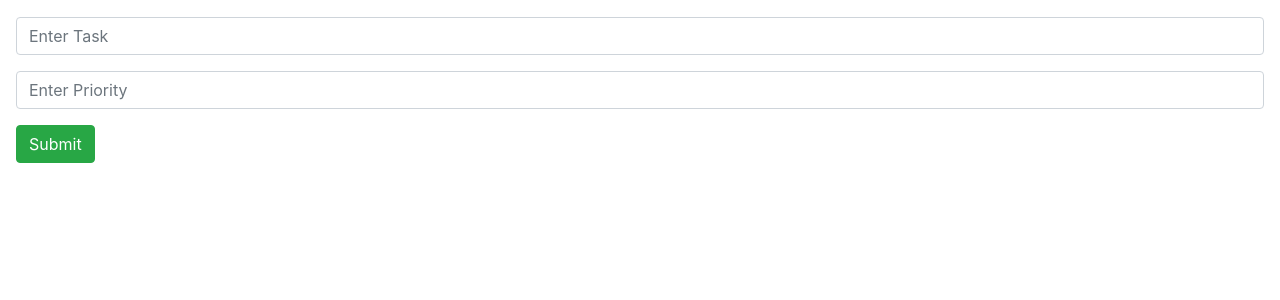
Repository: bitmap357/To-Do-App_Django
Page: http://localhost/add/
These files come from the project's save history. The page is drawn as it stood at one moment and after a run of saves; the edit follows.
The browser window is 1280 px wide. The pictures show the whole page.
The page is served by the project's application, run on Django 5.2 (mysite/manage.py). Other server files are loaded and not shown.

Above is the page before, as saved 2024-03-27 22:38:01.

### mysite/myapp/templates/myapp/add.html
{% extends 'myapp/base.html' %}
{% block body %}

<div class="container">
    <div class="row">
        <div class="col-md-6">

        </div>
    </div>
</div>
<form class="p-3 shadow" method="post">
    {% csrf_token %}
    <div class="form-group">
        <input type="text" class="form-control" name="name" id="name" placeholder="Enter Task">
    </div>
    <div class="form-group">
        <input type="text" class="form-control" name="priority" id="priority" placeholder="Enter Priority">
    </div>
    <input class="btn btn-success" type="submit">
</form>
{% endblock %}

### mysite/myapp/templates/myapp/base.html
<!DOCTYPE html>
<html lang="en">
<head>
    <link rel="stylesheet" href="https://cdn.jsdelivr.net/npm/bootstrap@4.0.0/dist/css/bootstrap.min.css" integrity="sha384-Gn5384xqQ1aoWXA+058RXPxPg6fy4IWvTNh0E263XmFcJlSAwiGgFAW/dAiS6JXm" crossorigin="anonymous">
    <title>Document</title>
</head>
<body>
    {% block body %}

    {% endblock %}
</body>
</html>

### mysite/myapp/views.py
from django.shortcuts import render
from .models import Task

# Create your views here.
def add(request):
    if request.method == "POST":
        name = request.POST.get('name', '')
        priority = request.POST.get('priority', '')

        task = Task(name=name, priority=priority)
        task.save()

    return render(request, 'myapp/add.html')

### mysite/mysite/urls.py
"""
URL configuration for mysite project.

The `urlpatterns` list routes URLs to views. For more information please see:
    https://docs.djangoproject.com/en/5.0/topics/http/urls/
Examples:
Function views
    1. Add an import:  from my_app import views
    2. Add a URL to urlpatterns:  path('', views.home, name='home')
Class-based views
    1. Add an import:  from other_app.views import Home
    2. Add a URL to urlpatterns:  path('', Home.as_view(), name='home')
Including another URLconf
    1. Import the include() function: from django.urls import include, path
    2. Add a URL to urlpatterns:  path('blog/', include('blog.urls'))
"""
from django.contrib import admin
from django.urls import path
from myapp import views

urlpatterns = [
    path("admin/", admin.site.urls),
    path("add/", views.add, name='add'),
]

After the next 2 saves:
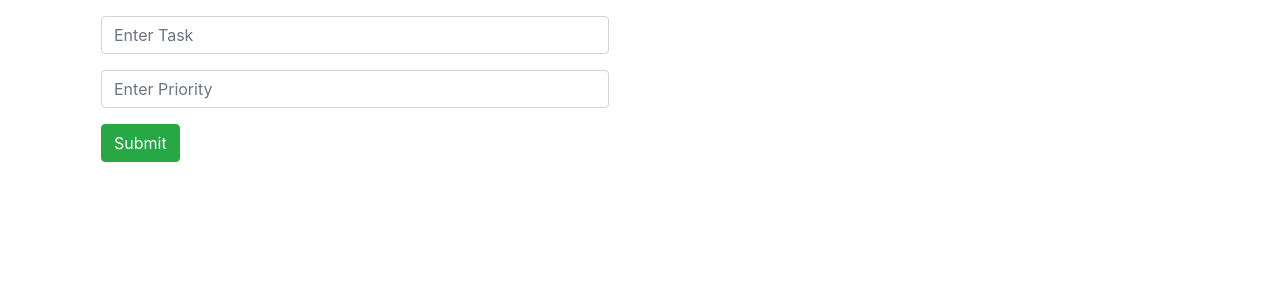
The 2 saves are shown as one change because they came seconds apart.
The last was saved 13 s later.
--- a/mysite/myapp/templates/myapp/add.html
+++ b/mysite/myapp/templates/myapp/add.html
@@ -4,18 +4,18 @@
 <div class="container">
     <div class="row">
         <div class="col-md-6">
-
+            <form class="p-3 shadow" method="post">
+                {% csrf_token %}
+                <div class="form-group">
+                    <input type="text" class="form-control" name="name" id="name" placeholder="Enter Task">
+                </div>
+                <div class="form-group">
+                    <input type="text" class="form-control" name="priority" id="priority" placeholder="Enter Priority">
+                </div>
+                <input class="btn btn-success" type="submit">
+            </form>
         </div>
     </div>
 </div>
-<form class="p-3 shadow" method="post">
-    {% csrf_token %}
-    <div class="form-group">
-        <input type="text" class="form-control" name="name" id="name" placeholder="Enter Task">
-    </div>
-    <div class="form-group">
-        <input type="text" class="form-control" name="priority" id="priority" placeholder="Enter Priority">
-    </div>
-    <input class="btn btn-success" type="submit">
-</form>
+
 {% endblock %}
